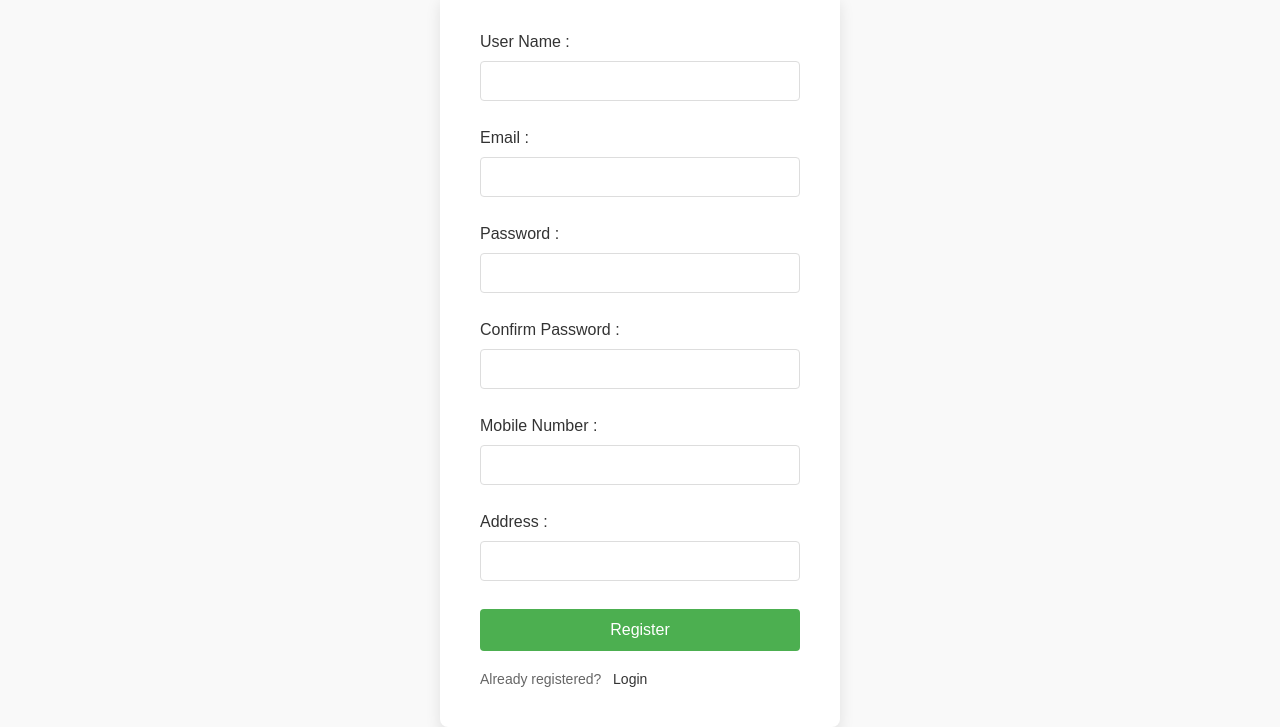
Repository: Sujith-B-S/Food-Application
Page: http://localhost/FoodApplication/register.jsp
An editor plug-in stored every save of this project. The page is shown before and after the next save, followed by the edit.
The browser window is 1280 px wide. The pictures show the whole page.
The page is served by Tomcat 9.

Above is the page before, as saved 2024-11-13 11:38:08.

After the next save:
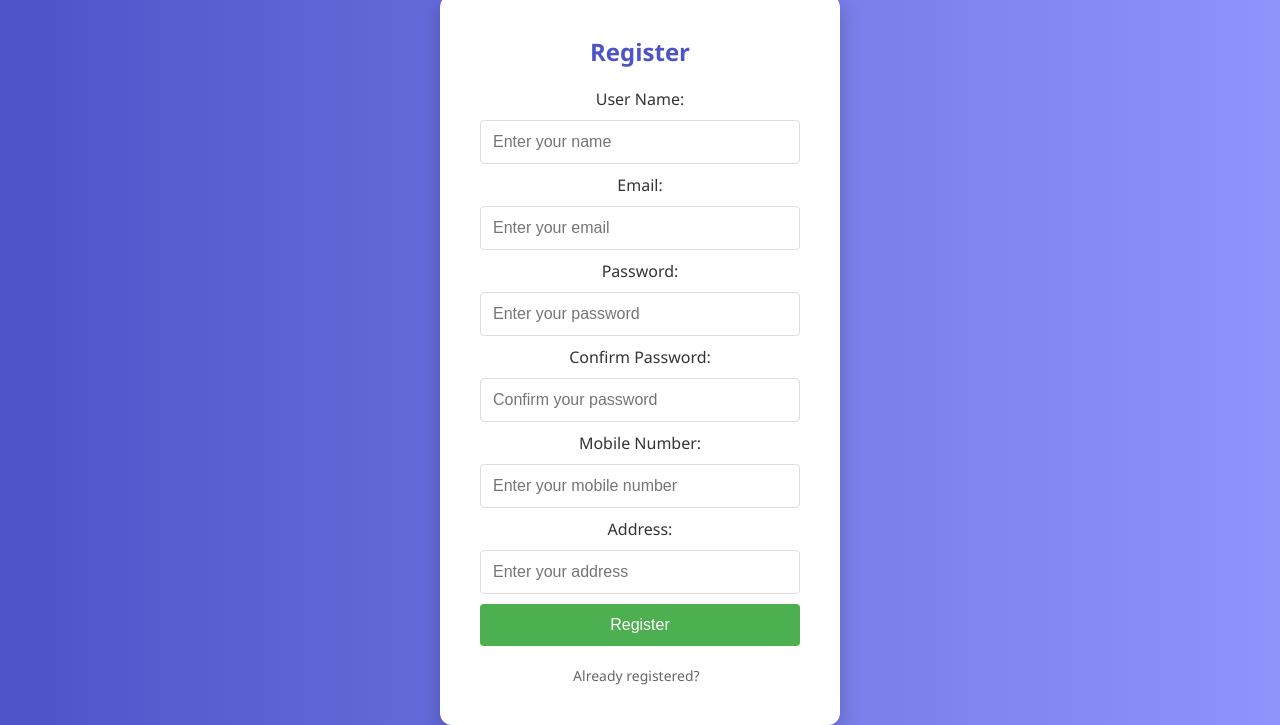
Saved 5 min 23 s later.
--- a/FoodApplication/src/main/webapp/register.jsp
+++ b/FoodApplication/src/main/webapp/register.jsp
@@ -17,8 +17,8 @@
         justify-content: center;
         align-items: center;
         height: 100vh;
-        font-family: Arial, sans-serif;
-        background-color: #f9f9f9;
+        font-family: 'Segoe UI', Tahoma, Geneva, Verdana, sans-serif;
+        background: linear-gradient(to right, #4e54c8, #8f94fb);
         color: #333;
         transition: opacity 0.5s ease;
     }
@@ -34,8 +34,14 @@
         background-color: white;
         padding: 40px;
         width: 400px;
-        box-shadow: 0px 8px 15px rgba(0, 0, 0, 0.1);
-        border-radius: 8px;
+        box-shadow: 0px 8px 20px rgba(0, 0, 0, 0.2);
+        border-radius: 12px;
+        text-align: center;
+    }
+
+    h2 {
+        margin-bottom: 20px;
+        color: #4e54c8;
     }
 
     /* Error Message */
@@ -49,11 +55,18 @@
     input[type="text"],
     input[type="password"] {
         width: 100%;
-        padding: 10px;
+        padding: 12px;
         margin: 10px 0;
         border: 1px solid #ddd;
         border-radius: 4px;
         font-size: 16px;
+        transition: border-color 0.3s ease;
+    }
+
+    input[type="text"]:focus,
+    input[type="password"]:focus {
+        border-color: #4e54c8;
+        outline: none;
     }
 
     /* Submit Button */
@@ -66,11 +79,12 @@
         font-size: 16px;
         border-radius: 4px;
         cursor: pointer;
-        transition: background-color 0.3s ease;
+        transition: background-color 0.3s ease, transform 0.2s ease;
     }
 
     input[type="submit"]:hover {
         background-color: #45a049;
+        transform: translateY(-2px);
     }
 
     /* Register Link Animation */
@@ -81,13 +95,13 @@
     }
 
     .footer-text a {
-        color: #333;
+        color: #4CAF50;
         text-decoration: none;
         transition: color 0.3s ease;
     }
 
     .footer-text a:hover {
-        color: #4CAF50;
+        color: #45a049;
     }
 </style>
 <script>
@@ -103,26 +117,22 @@
 <body>
 
 <div class="register-container">
+    <h2>Register</h2>
     <% String errorMessage = (String) request.getAttribute("errorMessage"); %>
     <% if (errorMessage != null) { %>
         <p class="error-message"><%= errorMessage %></p>
     <% } %>
 
     <form action="validation" method="POST">
-        User Name : <input type="text" name="name" required><br><br>
-        Email : <input type="text" name="email" required><br><br>
-        Password : <input type="password" name="password" required><br><br>
-        Confirm Password : <input type="password" name="cpassword" required><br><br>
-        Mobile Number : <input type="text" name="mobile" required><br><br>
-        Address : <input type="text" name="address" required><br><br>
+        User Name: <input type="text" name="name" placeholder="Enter your name" required><br>
+        Email: <input type="text" name="email" placeholder="Enter your email" required><br>
+        Password: <input type="password" name="password" placeholder="Enter your password" required><br>
+        Confirm Password: <input type="password" name="cpassword" placeholder="Confirm your password" required><br>
+        Mobile Number: <input type="text" name="mobile" placeholder="Enter your mobile number" required><br>
+        Address: <input type="text" name="address" placeholder="Enter your address" required><br>
         <input type="submit" value="Register">
     </form>
 
     <p class="footer-text">
         Already registered? &nbsp;
-        <a href="login.jsp" onclick="fadeOut(event)">Login</a>
-    </p>
-</div>
-
-</body>
-</html>
+        <a href="login.jsp" onclick="fade
